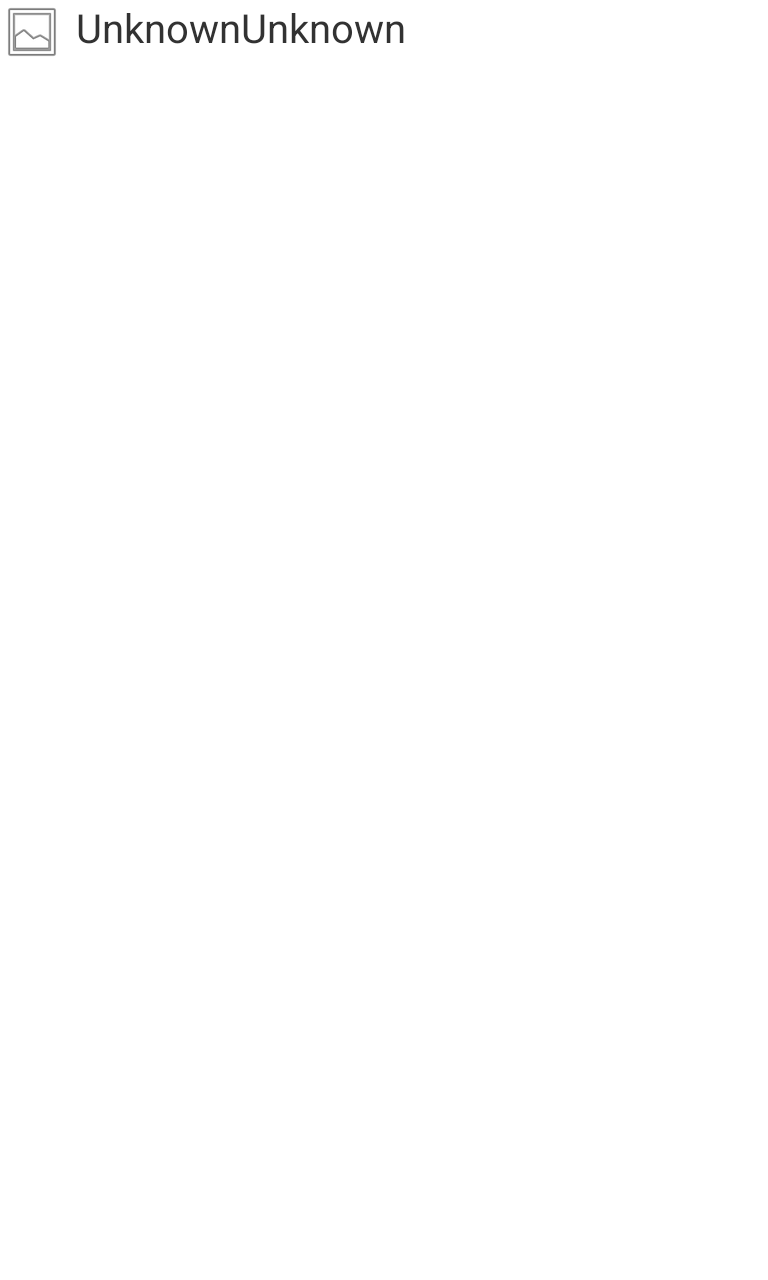
Repository: finerrecliner/SmartVent
Layout: SmartVent/res/layout/quick_room.xml
The author's editor kept a copy of each file at every save. The layout is drawn from the files as they stood at one save, then again after the next save.
It is drawn on a 768 x 1280 px phone screen (xhdpi) without system bars, with theme AppTheme; the app's code is not run.

Above is the layout before, as saved 2013-11-03 01:22:16.

After the next save:
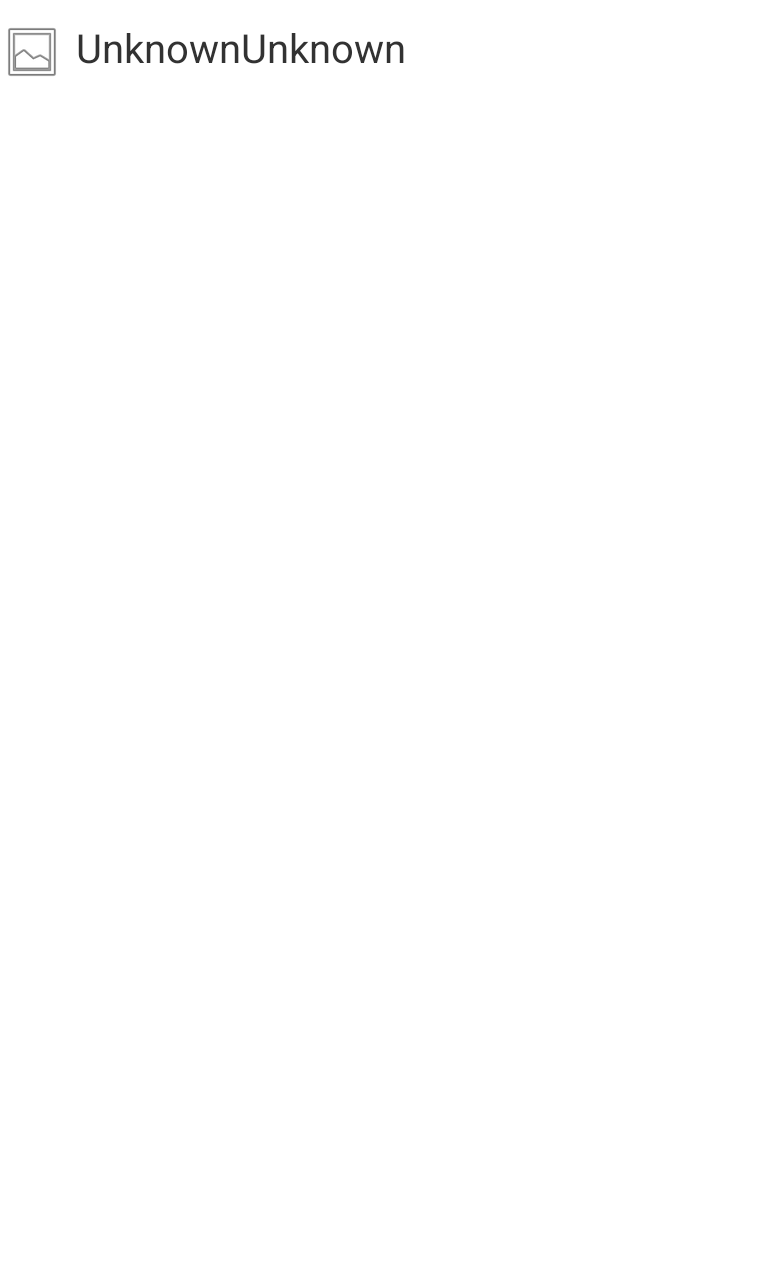
Saved 2 min 38 s later.
--- a/SmartVent/res/layout/quick_room.xml
+++ b/SmartVent/res/layout/quick_room.xml
@@ -5,6 +5,8 @@
     android:layout_height="match_parent"
     android:gravity="fill_horizontal"
     android:orientation="horizontal"
+    android:paddingBottom="10dp"
+    android:paddingTop="10dp"
     tools:context=".MainActivity" >
 
     <ImageView
